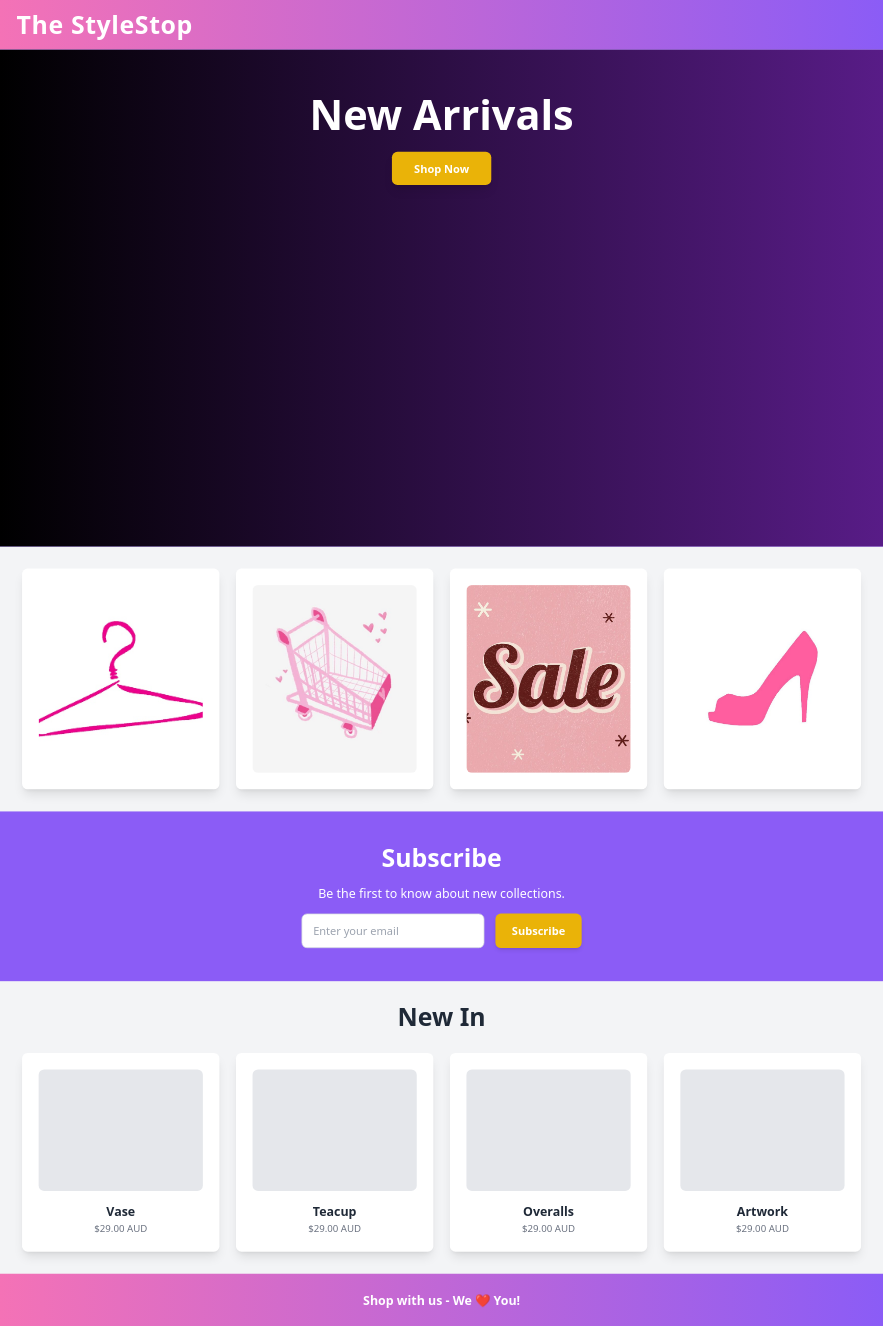
Repository: prathyushaa5/BuyYours
Page: / (app in Frontend/)
An editor plug-in stored every save of this project. The page is shown before and after the next save, followed by the edit.
The browser window is 1280 px wide. The pictures show the whole page, at 69% of full size.
The project was rebuilt for these pictures with package versions that can differ from the ones it lists, and the page was loaded fresh each time. Also part of the build but not shown: Frontend/vite.config.js, Frontend/src/components/Login.jsx, Frontend/src/components/Signup.jsx, Frontend/src/components/Home.jsx.

Above is the page before, as saved 2025-02-13 17:54:42.

### Frontend/src/App.jsx
import { BrowserRouter as Router, Routes, Route } from "react-router-dom";
import { useState } from "react";
import Main from "./components/Main";
import Login from "./components/Login";
import Signup from "./components/Signup";
import Home from "./components/Home";

export default function App() {
  const [token, setToken] = useState(null);

  const handleLogin = (userToken) => {
    setToken(userToken);
  };

  return (
    <Router>
      <Routes>
        {/* Show Main page first */}
        <Route path="/" element={<Main />} />

        {/* Login Page */}
        <Route path="/login" element={<Login onLogin={handleLogin} />} />

        {/* Signup Page */}
        <Route path="/signup" element={<Signup />} />

        {/* Home Page (Protected) */}
        <Route path="/home" element={token ? <Home /> : <Login onLogin={handleLogin} />} />
      </Routes>
    </Router>
  );
}

### Frontend/src/components/Main.jsx
import image1 from "../assets/cards/hanger.jpeg";
import image2 from "../assets/cards/pink.jpeg";
import image3 from "../assets/cards/sale.jpeg";
import image4 from "../assets/cards/shoes.jpeg";
import { useNavigate } from "react-router-dom";

export default function MainPage() {
  const navigate = useNavigate();
  return (
    <div className="bg-gray-100 min-h-screen text-gray-800">
      {/* Navbar */}
      <nav className="bg-gradient-to-r from-pink-400 to-violet-500 py-4 px-6 flex justify-between items-center shadow-md">
        <h1 className="text-4xl font-extrabold text-white tracking-wide">The StyleStop</h1>
      </nav>

      {/* Hero Section */}
      <section className="flex flex-col items-center text-center py-16 bg-violet-500 text-white bg-gradient-to-r from-black to-purple-900 min-h-screen text-gray-200">
        <h2 className="text-6xl font-extrabold mb-6">New Arrivals</h2>
        <button
          className="bg-yellow-500 px-8 py-3 text-white font-bold rounded-lg shadow-lg transition-transform transform hover:scale-105 hover:bg-yellow-600"
          onClick={() => navigate("/signup")}
        >
          Shop Now
        </button>
      </section>

      {/* Categories (Replaced with Images) */}
      <div className="grid grid-cols-2 md:grid-cols-4 gap-6 p-8">
        {[image1, image2, image3, image4].map((image, index) => (
          <div key={index} className="bg-white p-6 text-center rounded-lg shadow-lg h-80 transition-transform transform hover:scale-105">
            <img src={image} alt={`Category ${index + 1}`} className="w-full h-full object-cover rounded-lg" />
          </div>
        ))}
      </div>

      {/* Subscribe Section */}
      <section className="bg-violet-500 text-center py-12 text-white">
        <h3 className="text-4xl font-extrabold mb-4">Subscribe</h3>
        <p className="mb-4 text-lg">Be the first to know about new collections.</p>
        <div className="flex justify-center">
          <input
            type="email"
            placeholder="Enter your email"
            className="px-4 py-3 rounded-lg border border-gray-300 focus:ring-2 focus:ring-yellow-500 outline-none"
          />
          <button className="ml-4 bg-yellow-500 px-6 py-3 text-white font-bold rounded-lg shadow-md transition-transform transform hover:scale-105 hover:bg-yellow-600">Subscribe</button>
        </div>
      </section>

      {/* Products */}
      <section className="p-8">
        <h3 className="text-4xl font-bold text-center mb-8">New In</h3>
        <div className="grid grid-cols-2 md:grid-cols-4 gap-6">
          {["Vase", "Teacup", "Overalls", "Artwork"].map((product, index) => (
            <div key={index} className="bg-white p-6 rounded-lg shadow-lg text-center transition-transform transform hover:scale-105">
              <div className="bg-gray-200 h-44 rounded-lg mb-4"></div>
              <p className="font-bold text-lg">{product}</p>
              <p className="text-gray-500 text-sm">$29.00 AUD</p>
            </div>
          ))}
        </div>
      </section>

      {/* Footer */}
      <footer className="bg-gradient-to-r from-pink-400 to-violet-500 text-center py-6 text-white font-bold text-lg">
        Shop with us - We ❤️ You!
      </footer>
    </div>
  );
}

Loaded but not shown: Frontend/index.html (common file); Frontend/src/main.jsx (common file); Frontend/src/index.css (common file); Frontend/tailwind.config.js (common file)

After the next save:
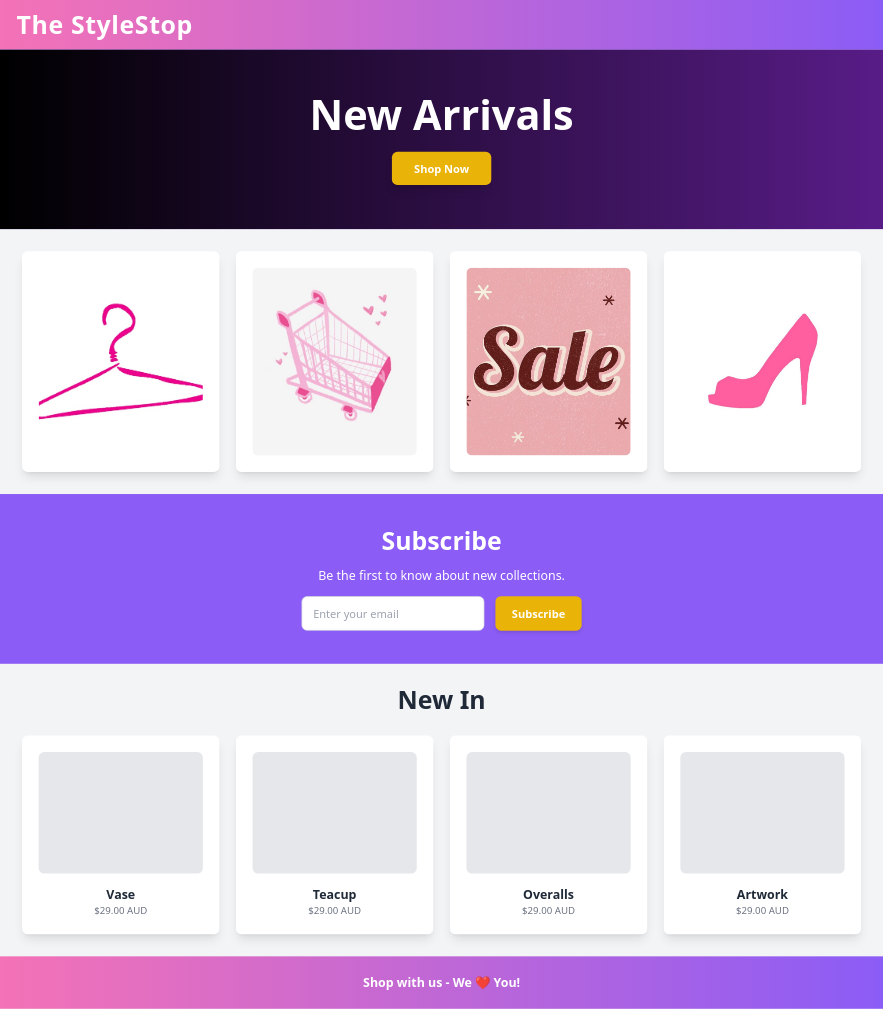
Saved 14 s later.
--- a/Frontend/src/components/Main.jsx
+++ b/Frontend/src/components/Main.jsx
@@ -14,7 +14,7 @@ export default function MainPage() {
       </nav>
 
       {/* Hero Section */}
-      <section className="flex flex-col items-center text-center py-16 bg-violet-500 text-white bg-gradient-to-r from-black to-purple-900 min-h-screen text-gray-200">
+      <section className="flex flex-col items-center text-center py-16 bg-violet-500 text-white bg-gradient-to-r from-black to-purple-900  text-gray-200">
         <h2 className="text-6xl font-extrabold mb-6">New Arrivals</h2>
         <button
           className="bg-yellow-500 px-8 py-3 text-white font-bold rounded-lg shadow-lg transition-transform transform hover:scale-105 hover:bg-yellow-600"
